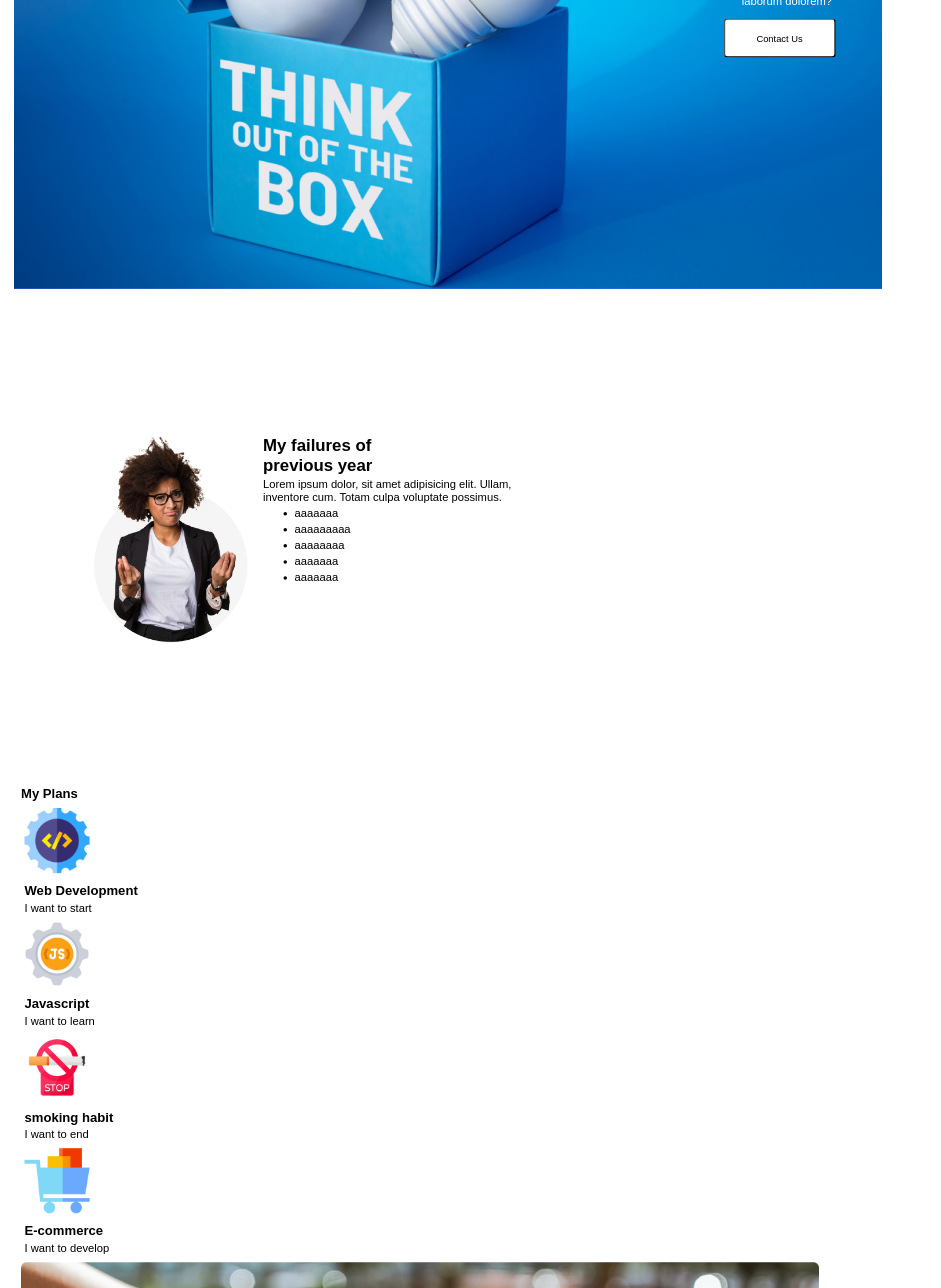
Repository: sadiaafsana138/All-Thinks-Are-Possible-Website
Page: index.html
The author's editor kept a copy of each file at every save. The page is drawn from the files as they stood at one save, then again after the next save.
The browser window is 1280 px wide. The page is 1344 px wide, so the pictures cover 1344 px, including what lies to the right of the window. The pictures show the part of the page from y = 405 to 2245 px (the page is 3446 px tall), at 70% of full size.

Above is the page before, as saved 2023-01-08 10:46:00.

After the next save:
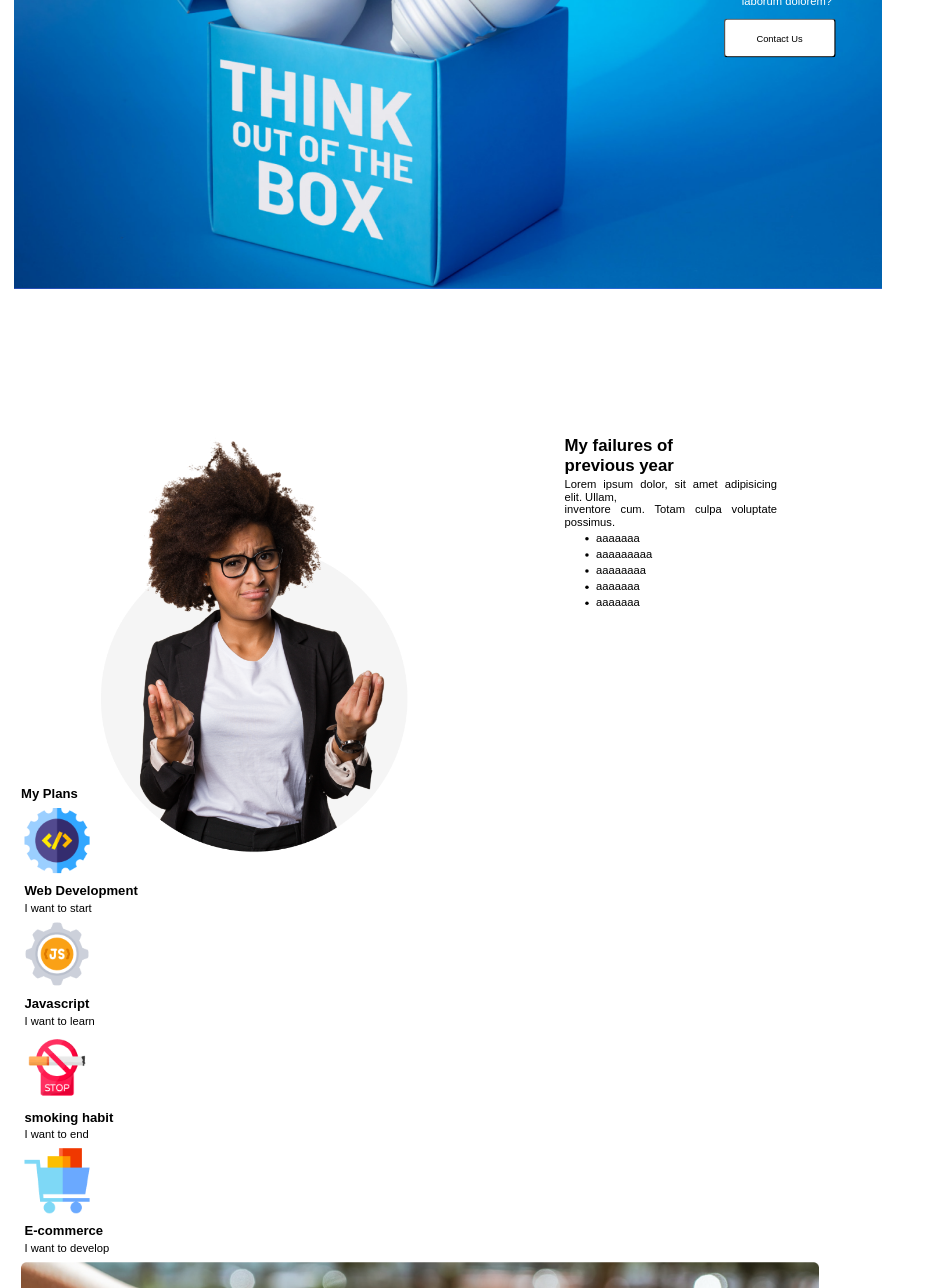
Saved 1 s later.
--- a/styles/web.css
+++ b/styles/web.css
@@ -49,10 +49,12 @@ font-family: Arial, Helvetica, sans-serif;
     align-items: center;
     margin-top: 20%;
     margin-bottom:20%;
+    height: 600px;
+    width: 500px;
 }
 #sec2text{
         text-align: justify;
-        align-items: center;
+        margin-left: 20%;
         margin-top: 20%;
         margin-bottom: 20%;
 }
